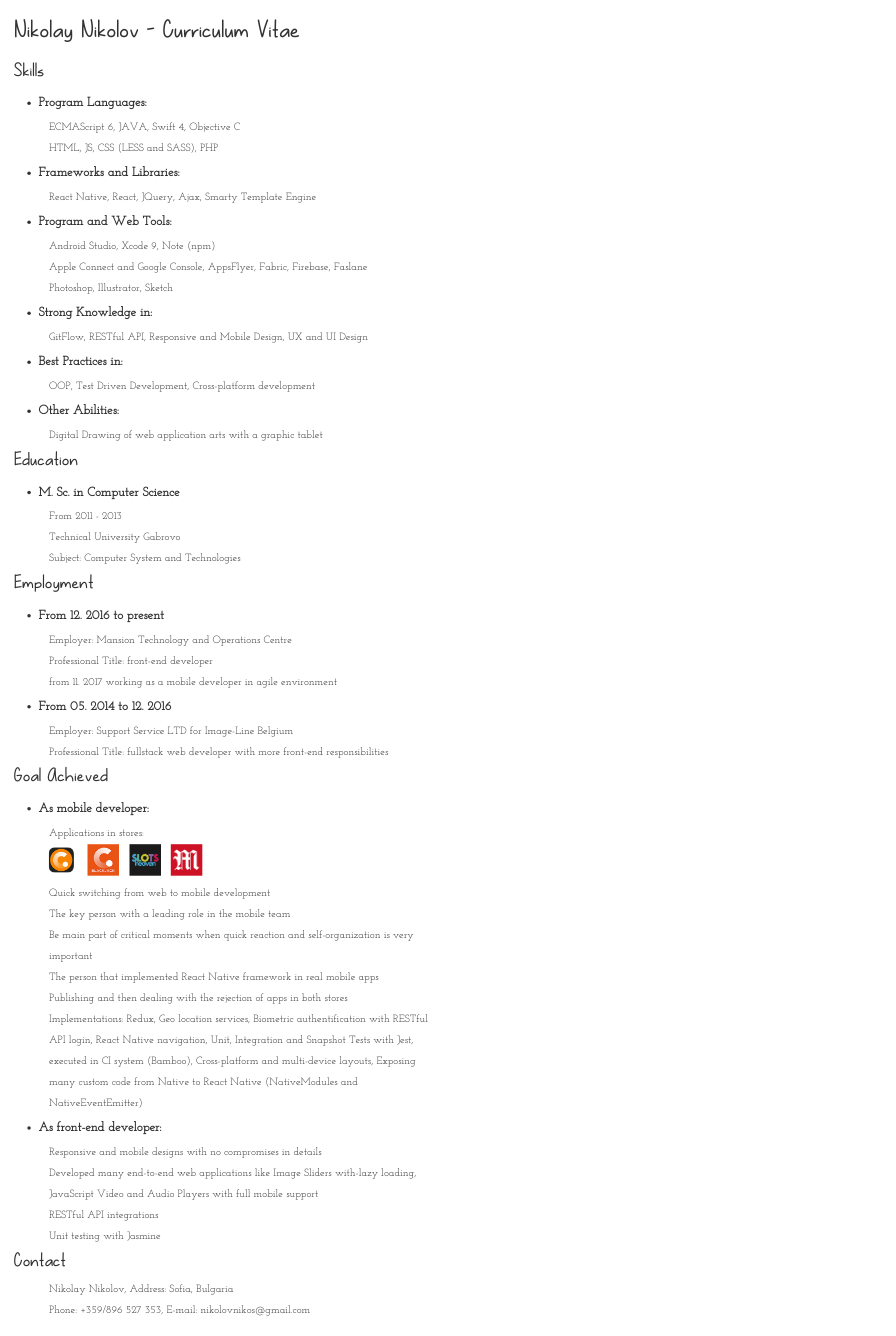
Repository: nikichanko/cv
Page: print.html
The author's editor kept a copy of each file at every save. The page is drawn from the files as they stood at one save, then again after the next save.
The browser window is 1280 px wide. The pictures show the whole page, at 70% of full size.

Above is the page before, as saved 2018-08-10 19:57:13.

### print.html
<html>
  <head>
    <link rel="shortcut icon" type="image/png" href="img/favicon.png"/>
    <meta name="viewport" content="width=device-width, initial-scale=1">
    <link rel="stylesheet" type="text/css" href="css/styles.css">
    <link rel="stylesheet" type="text/css" href="css/print.css">
    <script src="https://ajax.googleapis.com/ajax/libs/jquery/3.3.1/jquery.min.js"></script>
    <title>Nikolay Nikolov - Curriculum Vitae - Print Version</title>
  </head>
  <body>
    <div id="content">
      <div class="cv-title">Nikolay Nikolov - Curriculum Vitae</div>
    </div>
  </body>
  <script src="js/print.js"></script>
</html>

### css/styles.css
@font-face {
  font-family: 'Just Gotta Smile';
  src: url('./fonts/JustGottaSmile.woff2') format('woff2'),
      url('./fonts/JustGottaSmile.woff') format('woff'),
      url('./fonts/JustGottaSmile.ttf') format('truetype');
  font-weight: 500;
  font-style: normal;
}

@font-face {
  font-family: 'Josefin Slab';
  src: url('./fonts/JosefinSlab.woff2') format('woff2'),
      url('./fonts/JosefinSlab.woff') format('woff'),
      url('./fonts/JosefinSlab.ttf') format('truetype');
  font-weight: normal;
  font-style: normal;
}
ul, li, ol, body {
  margin: 0;
  padding: 0;
}

body {
  background-color: #323232;
  width: 100%;
  font-family: 'Just Gotta Smile';
  color: #fff;
}

.wrapper {
  position: relative;
  width: 100%;
  max-width: 1000px;
  height: 800px;
  margin: 0 auto;
  background-image: url(../img/cv_bg.png);
  background-repeat: no-repeat;
  background-position: right top;
  background-size: cover;
}

.header{
  opacity: 0.5;
  font-size: 14px;
  position: absolute;
  right: 5px;
  text-align: right;
}
.menu {
  line-height: 70px;
  margin: 0 auto;
  position: absolute;
  text-align: center;
  width: 100%;
  top: 200px;
}

.item {
  font-size: 64px;
  position: relative;
  left: 50%;
  opacity: 1;
  transform: translateX(-50%) ;
  -ms-transform: translateX(-50%) ; /* IE 9 */
  -webkit-transform: translateX(-50%); /* Safari 3-8 */
  transition: opacity 0.2s ease-out;
  -webkit-touch-callout: none; /* iOS Safari */
  -webkit-user-select: none; /* Safari */
   -khtml-user-select: none; /* Konqueror HTML */
     -moz-user-select: none; /* Firefox */
      -ms-user-select: none; /* Internet Explorer/Edge */
          user-select: none; /* Non-prefixed version, currently
                                supported by Chrome and Opera */
}
.item.print {
  font-size: 30px;
  line-height: 45px;
}

.item span {
  cursor: pointer;
  position: relative;
}

.item.closed {
  opacity: 0;
  height: 0;
  visibility: hidden;
}

.content {
  font-family: 'Josefin Slab';
  padding-top: 2px;
  max-width: 600px;
  text-align: left;
  top: 50px;
  width: 56%;
  margin: 0 auto;
  line-height: 40px;
  height: 0;
  opacity: 0;
  transition: opacity 0.5s ease-in-out;
  position: relative;
  visibility: hidden;
  overflow: hidden;
}

.ul-wrapper {
  height: 450px;
  position: relative;
  overflow: hidden;
}

.content.open {
  overflow: visible;
  height: auto;
  opacity: 1;
  transition: opacity 0.5s ease-in-out;
  visibility: visible;
}
.content {
  line-height: 30px;
}
.content ul {
  padding-top: 10px;
  padding-left: 20px;
}
.content li {
  font-weight: bold;
  font-size: 20px;
  padding:5px 0;
}
.content ol {
  font-size: 18px;
  margin-left: 15px;
  position: relative;
}
.content ol:before {
  content: "";
  background-image: url(../img/arrow.png);
  background-repeat: no-repeat;
  background-size: contain;
  width: 12px;
  height: 13px;
  position: absolute;
  left: -22px;
  top: 8px;
  opacity: 0.6;
}

.item:hover {
  color: #a4cbe6;
}

.close {
  position: absolute;
  top: -29px;
  left: -7px;
  width: 45px;
  height: 45px;
  opacity: 0.3;
}
.close:hover {
  opacity: 1;
}
.close:before, .close:after {
  position: absolute;
  left: 15px;
  content: ' ';
  height: 25px;
  width: 2px;
  background-color: #fff;
}
.close:before {
  transform: rotate(45deg);
}
.close:after {
  transform: rotate(-45deg);
}

.app-icon {
  width: 45px;
  margin-right: 10px;
}
.form-title {
  margin-top: 10px;
  font-size: 24px;
  text-align: center;
}

@media only screen and (max-width: 1000px) {
  .content {
    width: 90%;
  }
  .item span {
    cursor: default;
  }
}

### css/print.css
body {
  background-color: #fff;
  color: #323232
}
.content {
  margin: 0;
  top:0;
  left: 15px;
}
.close, .form-title {
  display: none;
}
.ul-wrapper{
  height: auto;
}

#content{
  padding: 20px;
}
.cv-title{
  font-size: 36px;
  margin-bottom: 20px;
}
.item {
  font-size: 28px;
}
.content ol {
  font-size: 15px;
}
.content li {
  font-size: 18px;
}

### js/print.js
$.get( "index.html", function( data ) {
  var contents = $(data).find('.content:not(.print)');
  var items = $(data).find('.item:not(.print)');
  if (contents.length === items.length) {
    contents.each(function( i,v ) {
      var cont = v.innerHTML;
      var item = items[i].innerText;
      $("#content").append($('<div class="item">'+item+'</div><div class="content open">'+cont+'</div>'));
    });
  }
});

### index.html
<!DOCTYPE html>
<html>
  <head>
    <link rel="shortcut icon" type="image/png" href="img/favicon.png"/>
    <link rel="stylesheet" type="text/css" href="css/styles.css">
    <meta name="viewport" content="width=device-width, initial-scale=1">
    <link rel="stylesheet" type="text/css" href="css/scroll.css">
    <script src="https://ajax.googleapis.com/ajax/libs/jquery/3.3.1/jquery.min.js"></script>
    <script src="js/scroll.js"></script>
    <title>Nikolay Nikolov - Curriculum Vitae</title>
  </head>
  <body>
    <div class="wrapper">
      <div class="header">Curriculum Vitae of Nikolay Nikolov<br/>&copy; Copyright 2018. All Rights Reserved</div>
      <div class="menu">
        <div class="item">
          <span>Skills</span>
        </div>
        <div class="content">
          <i class="close"></i>
          <div class="ul-wrapper" id="scroll-3">
            <ul>
              <li>Program Languages:</li>
              <ol>ECMAScript 6, JAVA, Swift 4, Objective C</ol>
              <ol>HTML, JS, CSS (LESS and SASS), PHP</ol>
              <li>Frameworks and Libraries:</li>
              <ol>React Native, React, JQuery, Ajax, Smarty Template Engine</ol>
              <li>Program and Web Tools:</li>
              <ol>Android Studio, Xcode 9, Note (npm)</ol>
              <ol>Apple Connect and Google Console, AppsFlyer, Fabric, Firebase, Faslane</ol>
              <ol>Photoshop, Illustrator, Sketch</ol>
              <li>Strong Knowledge in:</li>
              <ol>GitFlow, RESTful API, Responsive and Mobile Design, UX and UI Design</ol>
              <li>Best Practices in:</li>
              <ol>OOP, Test Driven Development, Cross-platform development</ol>
              <li>Other Abilities:</li>
              <ol>Digital Drawing of web application arts with a graphic tablet</ol>
            </ul>
           </div>
        </div>
        <div class="item">
          <span>Education</span>
        </div>
        <div class="content">
            <i class="close"></i>
            <ul>
              <li>M. Sc. in Computer Science</li>
              <ol>From 2011 - 2013</ol>
              <ol>Technical University Gabrovo</ol>
              <ol>Subject: Computer System and Technologies</ol>
            </ul>
        </div>
        <div class="item">
          <span>Employment</span>
        </div>
        <div class="content">
            <i class="close"></i>
            <div class="ul-wrapper" id="scroll-2">
              <ul>
                <li>From 12. 2016 to present</li>
                <ol>Employer: Mansion Technology and Operations Centre</ol>
                <ol>Professional Title: front-end developer</ol>
                <ol>from 11. 2017 working as a mobile developer in agile environment</ol>
                <li>From 05. 2014 to 12. 2016</li>
                <ol>Employer: Support Service LTD for Image-Line Belgium</ol>
                <ol>Professional Title: fullstack web developer with more front-end responsibilities</ol>
              </ul>
            </div>
        </div>
        <div class="item">
          <span>Goal Achieved</span>
        </div>
        <div class="content">
          <i class="close"></i>
          <div class="ul-wrapper" id="scroll-1">
            <ul>
              <li>As mobile developer:</li>
              <ol>Applications in stores:</ol>

                <img src="img/casino.png" title="CasinoSlots" class="app-icon" style="margin-left: 10px;" />
                <img src="img/ccbj.png" title="Casino BlackJack" class="app-icon" />
                <img src="img/sh.png" title="Slostheaven" class="app-icon" />
                <img src="img/mc.png" title="MansionCasino" class="app-icon" />

              <ol>Quick switching from web to mobile development</ol>
              <ol>The key person with a leading role in the mobile team</ol>
              <ol>Be main part of critical moments when quick reaction and self-organization is very important</ol>
              <ol>The person that implemented React Native framework in real mobile apps</ol>
              <ol>Publishing and then dealing with the rejection of apps in both stores</ol>
              <ol>Implementations: Redux, Geo location services, Biometric authentification with RESTful API
                login, React Native navigation, Unit, Integration and Snapshot
                Tests with Jest, executed in CI system (Bamboo), Cross-platform and multi-device layouts,
                Exposing many custom code from Native to React Native (NativeModules and NativeEventEmitter)</ol>
              <li>As front-end developer:</li>
              <ol>Responsive and mobile designs with no compromises in details</ol>
              <ol>Developed many end-to-end web applications like Image Sliders with-lazy loading,
                JavaScript Video and Audio Players with full mobile support</ol>
              <ol>RESTful API integrations</ol>
              <ol>Unit testing with Jasmine</ol>
            </ul>
          </div>
        </div>
        <div class="item">
          <span>Contact</span>
        </div>
        <div class="content">
            <i class="close"></i>
              <ul>
                <ol>Nikolay Nikolov, Address: Sofia, Bulgaria</ol>
                <ol>Phone: +359/896 527 353, E-mail: nikolovnikos@gmail.com</ol>
                <div class="form-title">Contact form</div>
                <script type="text/javascript" src="https://form.jotformeu.com/jsform/82187298762370"></script>
              </ul>
        </div>
        <div class="item print">
          <span>Print Version</span>
        </div>
      </div>
    </div>
    <script src="js/common.js"></script>
  </body>
</html>

After the next save:
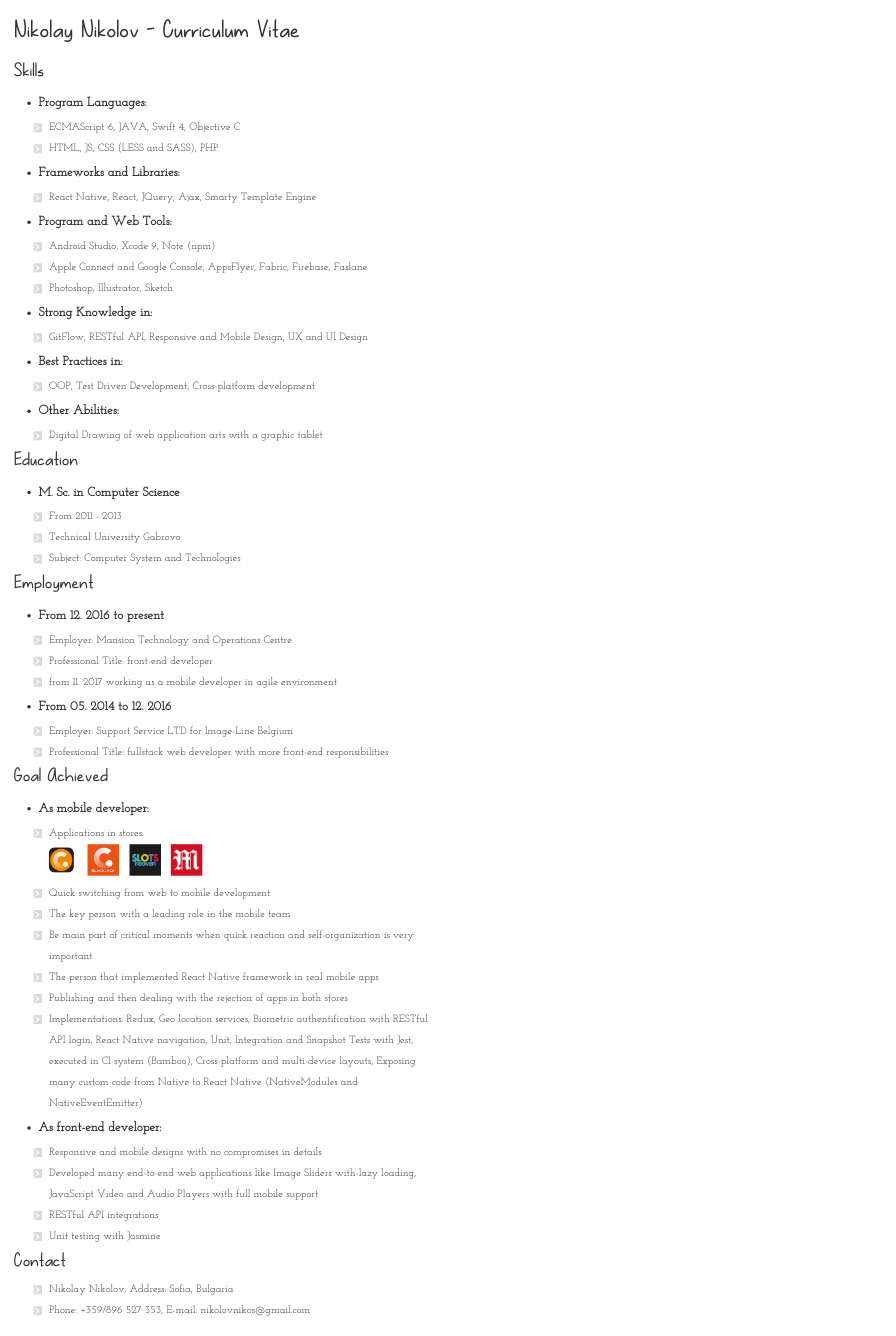
Saved 6 min 43 s later.
--- a/css/print.css
+++ b/css/print.css
@@ -24,6 +24,9 @@ body {
 .item {
   font-size: 28px;
 }
+.content ol:before {
+  background-color: #c2c2c2;
+}
 .content ol {
   font-size: 15px;
 }
